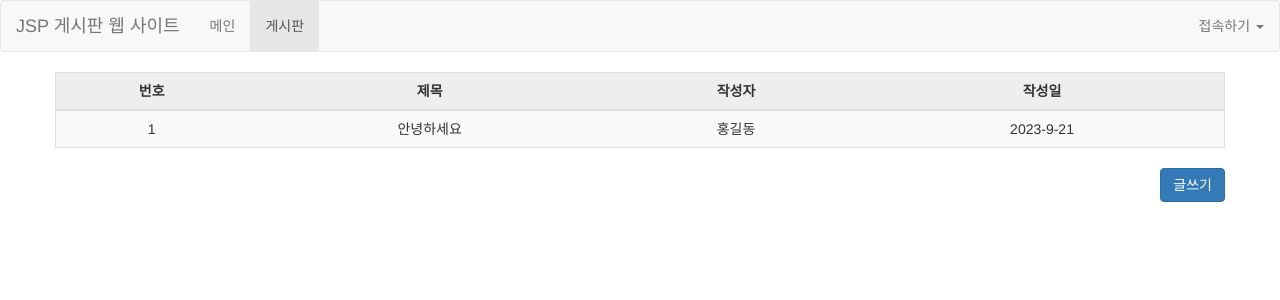
Repository: TheChok/BbsClone
Page: http://localhost/BBS/write.jsp
The author's editor kept a copy of each file at every save. The page is drawn from the files as they stood at one save, then again after the next save.
The browser window is 1280 px wide. The pictures show the whole page.
Some web libraries are served in a nearby version. The page is served by Tomcat 9. Other server files are loaded and not shown.

Above is the page before, as saved 2023-09-21 11:51:39.

### BBS/src/main/webapp/write.jsp
<%@ page language="java" contentType="text/html; charset=UTF-8" pageEncoding="UTF-8" %>
<%@ page import="java.io.PrintWriter" %>
<!DOCTYPE html>
<html>
<head>
	<meta http-equiv="Content-Type" content="text/html; charset=UTF-8">
	<meta name="viewport" content="width=device-width", initial-scale="1">
	<link rel="stylesheet" href="css/bootstrap.css">
	<title>JSP 게시판 웹 사이트</title>
</head>
<body>
	<%
		String userID = null;
		if(session.getAttribute("userID") != null) {
			userID = (String) session.getAttribute("userID");
		}
	%>
	<!-- navbar -->
	<nav class="navbar navbar-default">
		<div class="navbar-header">
			<button type="button" class="navbar-toggle"
				data-toggle="collapse" data-target="#bs-example-navbar-collapse-1"
				aria-expanded="false">
				<span class="icon-bar"></span>
				<span class="icon-bar"></span>
				<span class="icon-bar"></span>
			</button>
			<a class="navbar-brand" href="main.jsp">JSP 게시판 웹 사이트</a>
		</div>

		<div class="collapse navbar-collapse" id="bs-example-navbar-collapse-1">
			<ul class="nav navbar-nav">
				<li><a href="main.jsp">메인</a></li>
				<li class='active'><a href="bbs.jsp">게시판</a></li>
			</ul>

			<%
				if(userID == null) {
			%>
				<ul class="nav navbar-nav navbar-right">
					<li class="dropdown">
						<a href="#" class="dropdown-toggle"
							data-toggle="dropdown" role="button" aria-haspopup="true"
							aria-expanded="false">
							접속하기
							<span class="caret"></span>
						</a>
						<ul class="dropdown-menu">
							<li><a href="login.jsp">로그인</a></li>
							<li><a href="join.jsp">회원가입</a></li>
						</ul>
					</li>
				</ul>
			<%
				} else {
			%>
				<ul class="nav navbar-nav navbar-right">
					<li class="dropdown">
						<a href="#" class="dropdown-toggle"
							data-toggle="dropdown" role="button" aria-haspopup="true"
							aria-expanded="false">
							회원관리
							<span class="caret"></span>
						</a>
						<ul class="dropdown-menu">
							<li><a href="logoutAction.jsp">로그아웃</a></li>
						</ul>
					</li>
				</ul>
			<%
				}
			%>
		</div>
	</nav>
	<!-- End - navbar -->

	<div class="container">
		<div class="row">
			<table class="table table-striped" style="text-align:center; border:1px solid #dddddd">
				<thead>
					<tr>
						<th style="background-color:#eeeeee; text-align:center;">번호</th>
						<th style="background-color:#eeeeee; text-align:center;">제목</th>
						<th style="background-color:#eeeeee; text-align:center;">작성자</th>
						<th style="background-color:#eeeeee; text-align:center;">작성일</th>
					</tr>
				</thead>
				<tbody>
					<tr>
						<td>1</td>
						<td>안녕하세요</td>
						<td>홍길동</td>
						<td>2023-9-21</td>
					</tr>
				</tbody>
			</table>
			<a href="write.jsp" class="btn btn-primary pull-right">글쓰기</a>
		</div>
	</div>



	<script src="https://code.jquery.com/jquery-3.1.1.min.js"></script>
	<script src="js/bootstrap.js"></script>
</body>
</html>

Loaded but not shown: BBS/src/main/webapp/css/bootstrap.css (library); BBS/src/main/webapp/js/bootstrap.js (library)

After the next save:
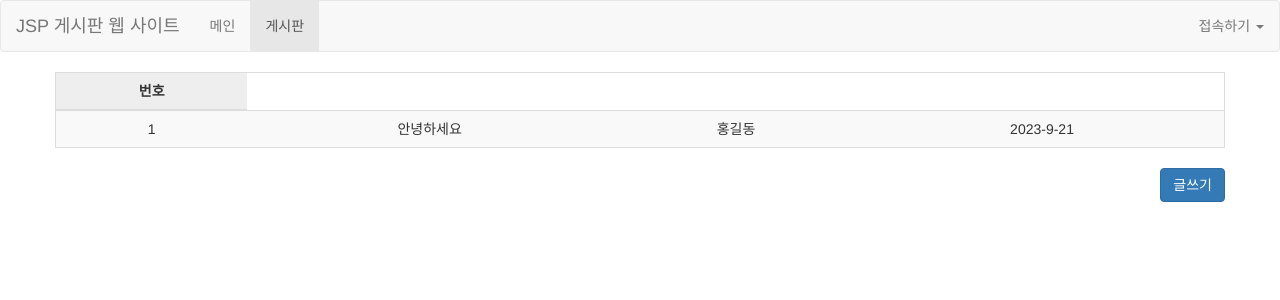
Saved 8 min 32 s later.
--- a/BBS/src/main/webapp/write.jsp
+++ b/BBS/src/main/webapp/write.jsp
@@ -80,9 +80,6 @@
 				<thead>
 					<tr>
 						<th style="background-color:#eeeeee; text-align:center;">번호</th>
-						<th style="background-color:#eeeeee; text-align:center;">제목</th>
-						<th style="background-color:#eeeeee; text-align:center;">작성자</th>
-						<th style="background-color:#eeeeee; text-align:center;">작성일</th>
 					</tr>
 				</thead>
 				<tbody>
